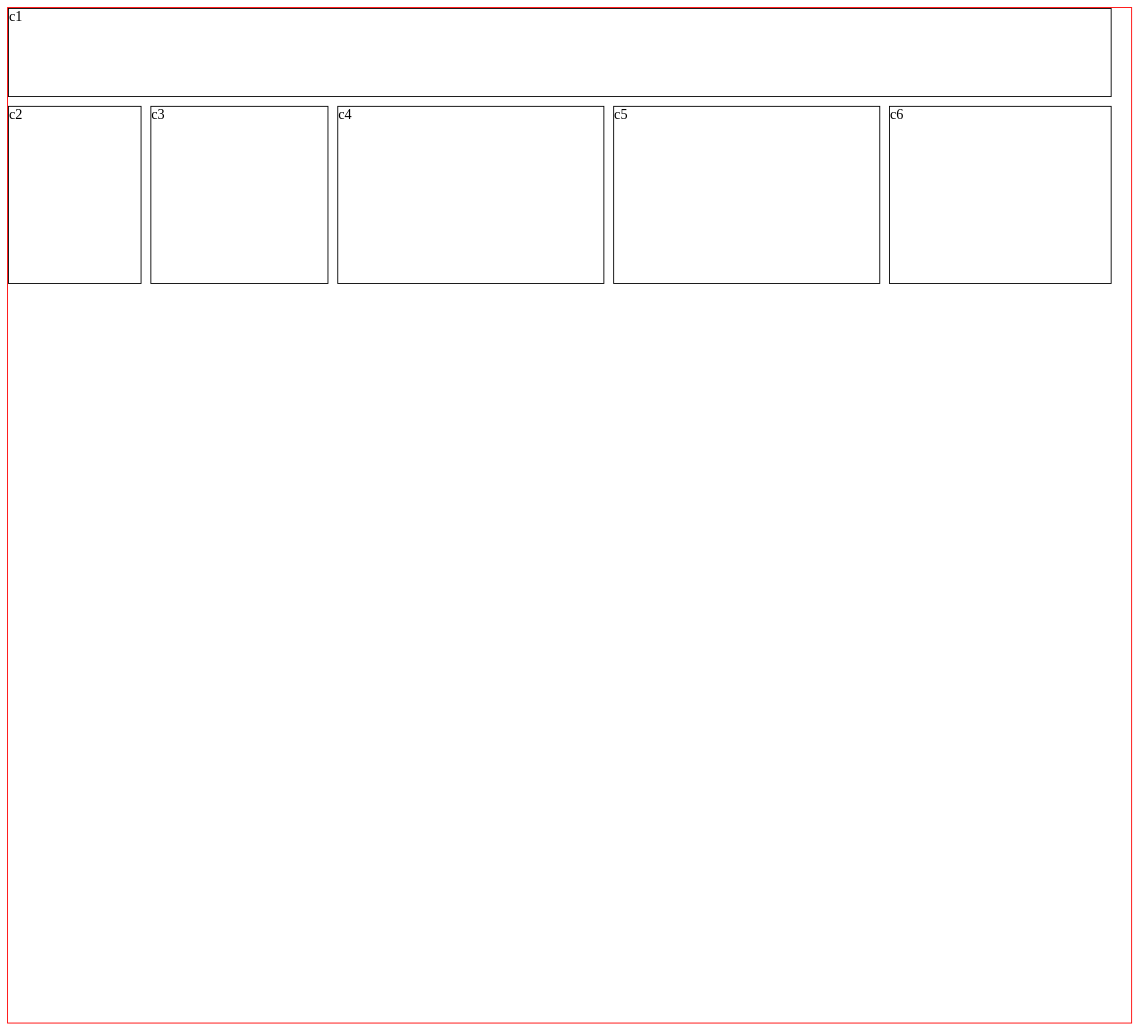
Repository: Hassanshaid/AptechPakwheels
Page: grid.html
An editor plug-in stored every save of this project. The page is shown before and after a run of saves, followed by the edit.
The browser window is 1280 px wide. The pictures show the whole page, at 89% of full size.

Above is the page before, as saved 2024-05-18 21:37:12.

### grid.html
<!DOCTYPE html>
<html lang="en">
<head>
    <meta charset="UTF-8">
    <meta name="viewport" content="width=device-width, initial-scale=1.0">
    <title>Document</title>
    <link rel="stylesheet" href="grid.css">
</head>
<body>
    <section>
        <div class="container">
            <div class="row">
                <div class="col c1">c1</div>
                <div class="col c2">c2</div>
                <div class="col c3">c3</div>
                <div class="col c4">c4</div>
                <div class="col c5">c5</div>
                <div class="col c6">c6</div>
            </div>
        </div>
    </section>

</body>
</html>

### grid.css
.row{
    display: grid;
    border: 1px solid red;
    grid-template-columns: 150px 200px 300px 300px 250px ;
    grid-template-rows: 100px 200px 300px 400px 100px ;
    grid-gap: 10px;
}
.row .col {
    border: 1px solid black;
}
.c1{
    grid-column: 1/6;
}
.c2{
    grid-column: ;
}

After the next 5 saves:
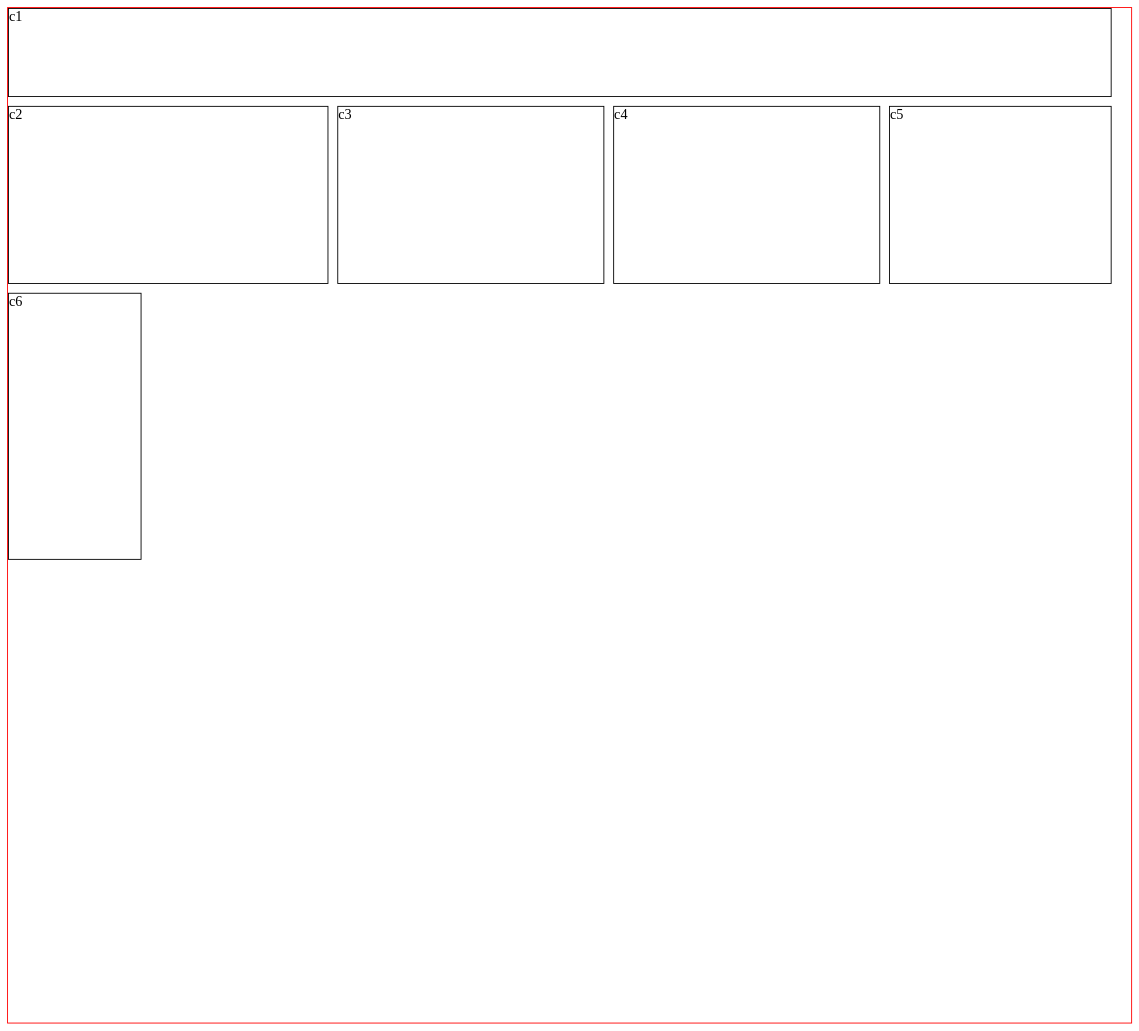
The 5 saves are shown as one change because they came seconds apart.
The last was saved 24 s later.
--- a/grid.css
+++ b/grid.css
@@ -12,5 +12,5 @@
     grid-column: 1/6;
 }
 .c2{
-    grid-column: ;
+    grid-column: 1/3;
 }
